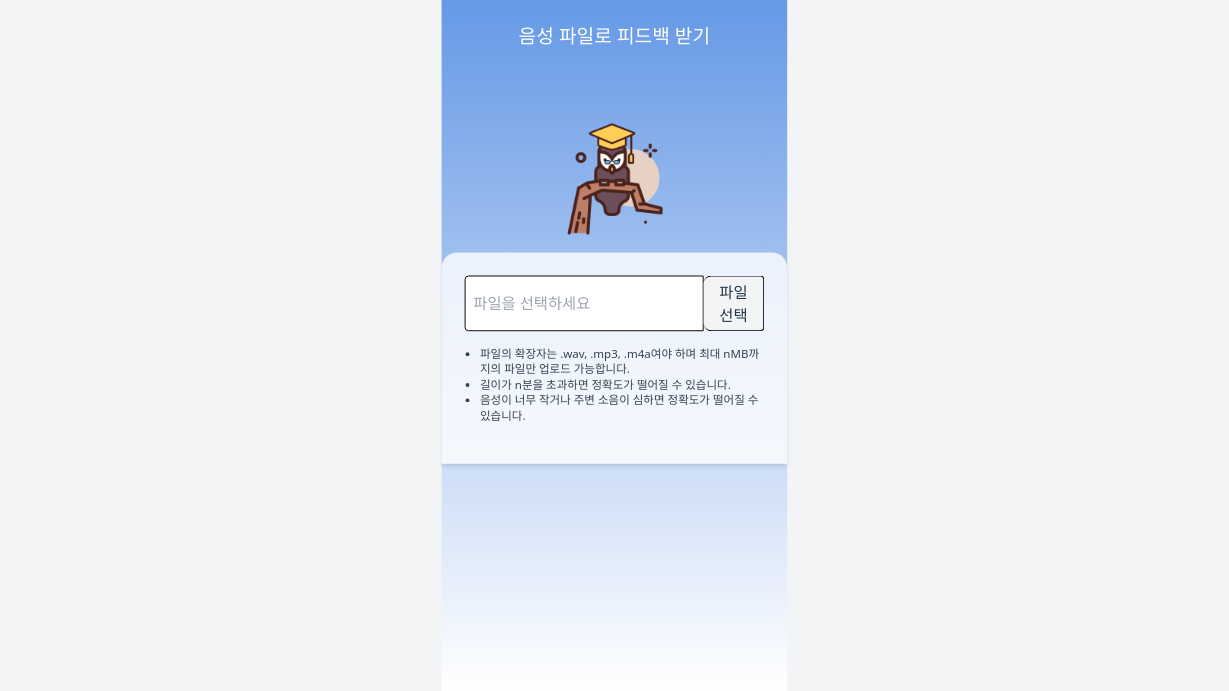
Repository: yurim1205/mini_front
Page: /file (app in frontend/)
An editor plug-in stored every save of this project. The page is shown before and after the next save, followed by the edit.
The browser window is 1280 px wide. The pictures show the whole page, at 96% of full size.
The project was rebuilt for these pictures with package versions that can differ from the ones it lists, and the page was loaded fresh each time. Also part of the build but not shown: frontend/vite.config.js, frontend/src/components/common/Button.jsx, frontend/src/components/buttons/fileFeedbackBtn.jsx, frontend/src/components/buttons/rec_FeedbackBtn.jsx, frontend/src/pages/home.jsx, frontend/src/pages/recordFeedback.jsx.

Above is the page before, as saved 2025-05-14 09:39:02.

### frontend/src/App.jsx
import { BrowserRouter, Routes, Route } from 'react-router-dom';
import Home from './pages/home';
import FileFeedback from './pages/fileFeedback';
import RecordFeedback from './pages/recordFeedback';

function App() {
  return (
    <BrowserRouter>
      <Routes>
        <Route path="/" element={<Home />} />
        <Route path="/file" element={<FileFeedback />} />
        <Route path="/record" element={<RecordFeedback />} />
      </Routes>
    </BrowserRouter>
  );
}

export default App;

### frontend/src/pages/fileFeedback.jsx
import React from "react";
import { useNavigate } from "react-router-dom";
import owlImg from "../assets/img/owl.png"; // 부엉이 이미지 경로에 맞게 수정

function FileFeedback() {
  const navigate = useNavigate();

  return (
    <div className="w-screen h-screen flex justify-center items-center bg-gray-100">
      <div
        className="relative h-screen flex flex-col items-center max-w-[360px] w-full"
        style={{
          background: "linear-gradient(to bottom, #6699E6 0%, #fff 100%)"
        }}
      >
        <div className="flex items-center w-full px-4 pt-6">
          {/* <button onClick={() => navigate(-1)} className="text-2xl mr-2">{'←'}</button> */}
          <span className="text-xl font-semibold mx-auto text-white">음성 파일로 피드백 받기</span>
        </div>

        <img
          src={owlImg}
          alt="owl"
          className="w-32 mx-auto mt-16 "
        />

        <div
          className="rounded-t-2xl rounded-b-none shadow-md w-full px-6 py-6 mt-2 flex flex-col items-center min-h-[220px] bg-white bg-opacity-80"
        >
          {/* 파일 업로드 부분 */}
          <div className="flex w-full mb-4">
            <input
              type="text"
              className="border border-black rounded-l px-2 py-1 flex-1"
              placeholder="파일을 선택하세요"
              readOnly
            />
            <button className="border border-black border-l-0 rounded-r px-4 py-1 bg-gray-100">
              파일 선택
            </button>
          </div>
          <ul className="text-xs text-gray-700 w-full list-disc pl-4">
            <li>파일의 확장자는 .wav, .mp3, .m4a여야 하며 최대 nMB까지의 파일만 업로드 가능합니다.</li>
            <li>길이가 n분을 초과하면 정확도가 떨어질 수 있습니다.</li>
            <li>음성이 너무 작거나 주변 소음이 심하면 정확도가 떨어질 수 있습니다.</li>
          </ul>
        </div>
      </div>
    </div>
  );
}

export default FileFeedback;

### frontend/tailwind.config.js
/** @type {import('tailwindcss').Config} */
export default {
    content: [
      "./index.html",
      "./src/**/*.{js,ts,jsx,tsx}",
    ],
    theme: {
      extend: {
        colors:{
          'main-top': '#6699E6',
          'main-bottom': '#0A27E5',
        }
      },
    },
    plugins: [],
  }

Loaded but not shown: frontend/index.html (common file); frontend/src/main.jsx (common file); frontend/src/index.css (common file)

After the next save:
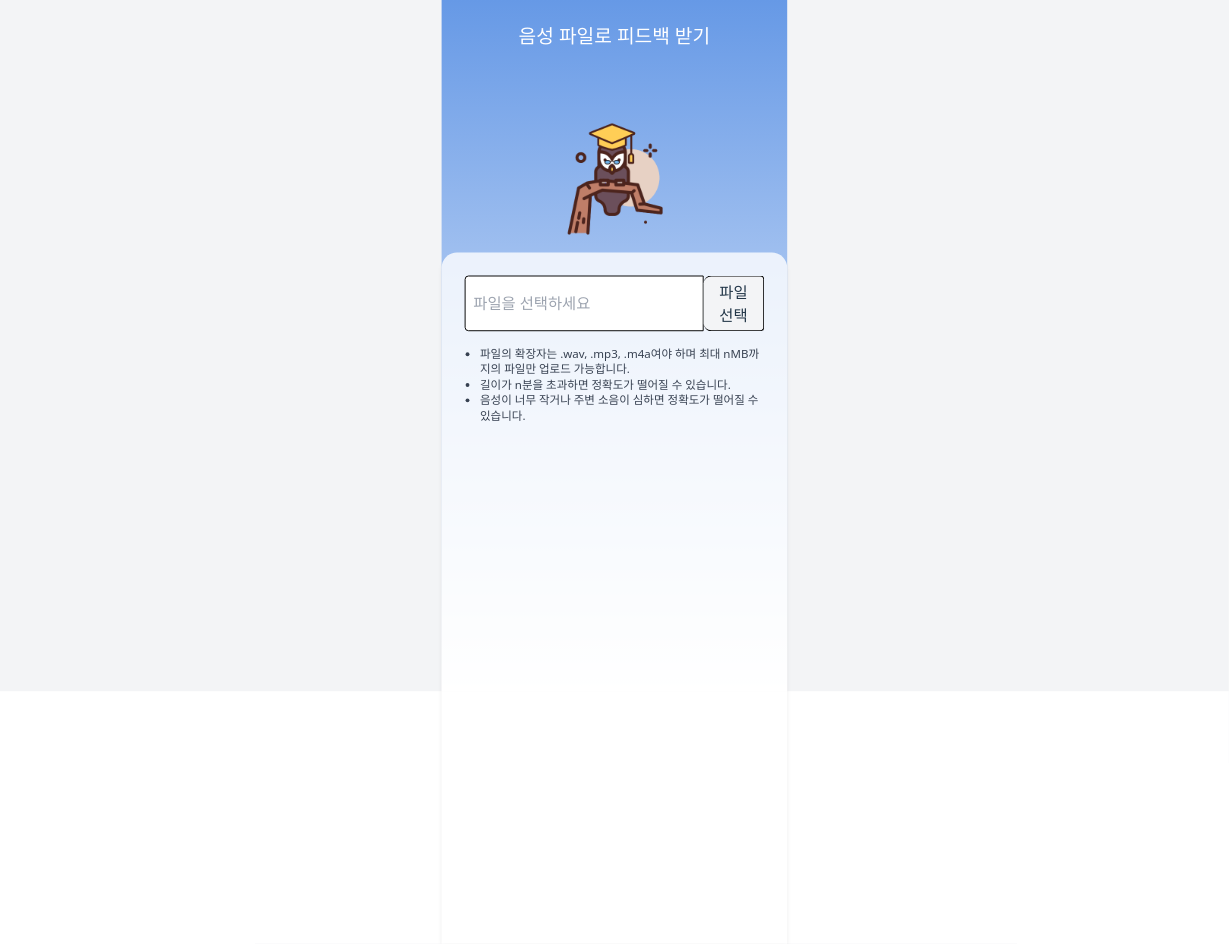
Saved 8 s later.
--- a/frontend/src/pages/fileFeedback.jsx
+++ b/frontend/src/pages/fileFeedback.jsx
@@ -25,7 +25,7 @@
         />
 
         <div
-          className="rounded-t-2xl rounded-b-none shadow-md w-full px-6 py-6 mt-2 flex flex-col items-center min-h-[220px] bg-white bg-opacity-80"
+          className="rounded-t-2xl rounded-b-none shadow-md w-full px-6 py-6 mt-2 flex flex-col items-center min-h-screen bg-white bg-opacity-80"
         >
           {/* 파일 업로드 부분 */}
           <div className="flex w-full mb-4">
